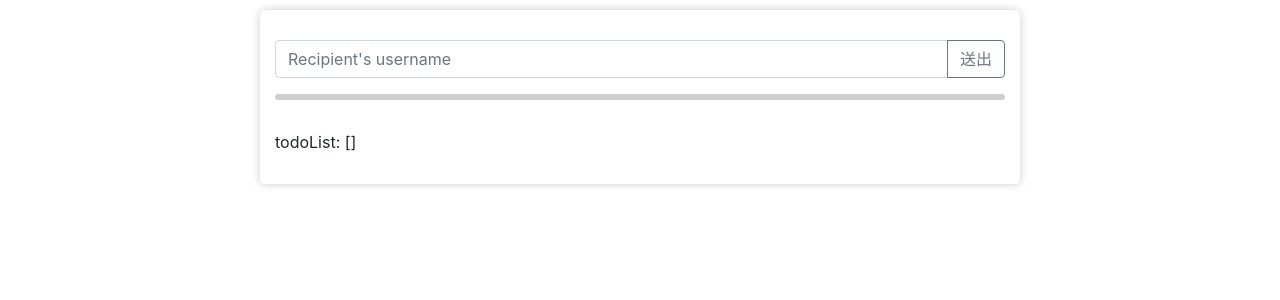
Repository: iian0910/vue3_todoList
Page: /
An editor plug-in stored every save of this project. The page is shown before and after the next save, followed by the edit.
The browser window is 1280 px wide. The pictures show the whole page.
The project was rebuilt for these pictures with package versions that can differ from the ones it lists, and the page was loaded fresh each time.

Above is the page before, as saved 2021-02-23 17:06:53.

After the next save:
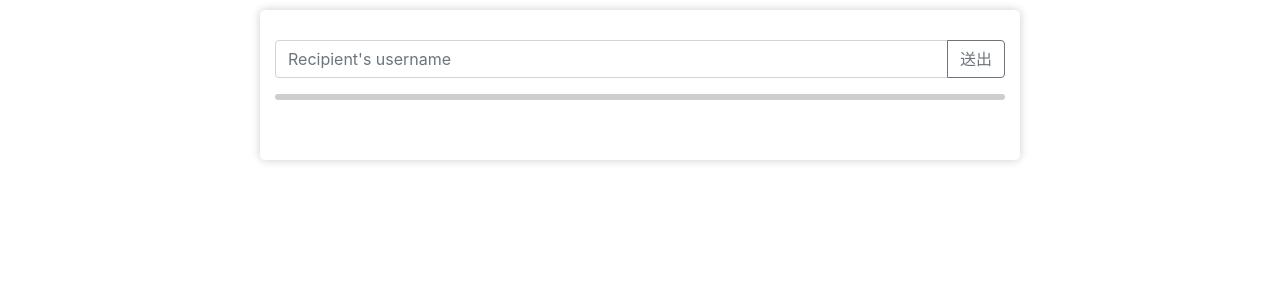
Saved 10 s later.
--- a/src/components/TodoList.vue
+++ b/src/components/TodoList.vue
@@ -21,7 +21,6 @@
         <div class="segmentation"></div>
 
         <!-- List 展示 -->
-        todoList: {{todoList}}
         <ul class="list">
           <li class="list-item d-flex justify-content-between align-items-center" v-for="(todo, index) in todoList" :key="index">
             <label class="list-item-title m-0 p-0">{{todo.title}}</label>
